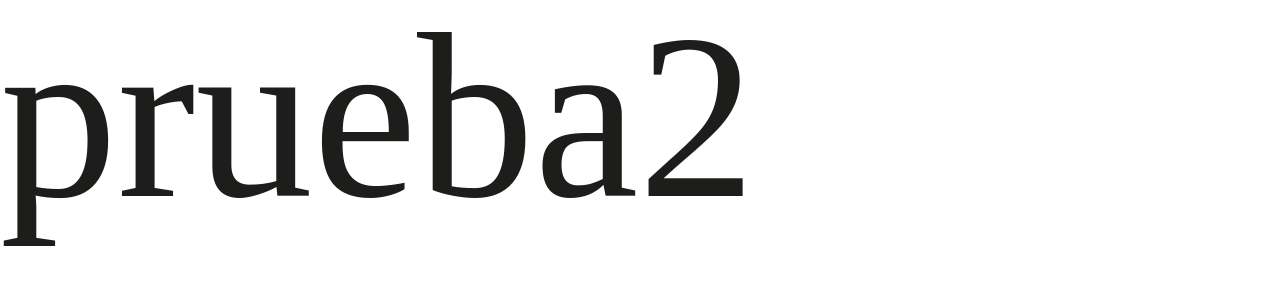
Repository: danielavelosar/InteractiveSVGwithNext
Page: /
The author's editor kept a copy of each file at every save. The page is drawn from the files as they stood at one save, then again after the next save.
The browser window is 1280 px wide. The pictures show the whole page.
The project was rebuilt for these pictures with package versions that can differ from the ones it lists, and the page was loaded fresh each time. The framework's server and built-in components were replaced by stand-ins that run in the browser. Also part of the build but not shown: next.config.js.

Above is the page before, as saved 2022-12-02 17:16:13.

### pages/index.tsx
import  React from 'react' ;
import {Helmet }from 'react-helmet';
import { ReactDOM } from 'react';

export default function Home(){
  let title = "hidden";


  return (
    <div>
      <object data="/recurso.svg" type="image/svg+xml" id='texto'/>
      <Helmet>
        <script>
          {`let lorem = document.getElementById('texto');
            lorem.addEventListener( 'load', () => {
            svg2 = lorem.contentDocument;
            let pruebaTexto = svg2.querySelector('#textoId');
            pruebaTexto.innerHTML = 'prueba2';

          });

      `}

        </script>
      </Helmet>


      {/* <object data="/peruMap.svg" type="image/svg+xml" id='mapId'></object>
      <Helmet>
        <script>
          {`let mapX = document.getElementById('mapId');
            mapX.addEventListener( 'load', () => {
            svgX = mapX.contentDocument;
            let lima = svgX.querySelector('#LimaMap');
            lima.style.visibility = 'hidden';

          });


`}

        </script>
      </Helmet> */}



      {/* <svg height={100} width={100} id="mySvg">
        <circle
          id='myCircle'
          cx="50"
          cy="50"
          r="40"
          stroke="black"
          strokeWidth="3"
          fill="red"
        />
        <script>
        {`let circle = document.getElementById('myCircle');
        circle.addEventListener('mouseenter', () =>{onClick('blue')});
        circle.addEventListener('mouseout', () =>{onClick('red')});
        function onClick(color) {
          circle.setAttribute('fill', color);
        }`}
        </script>
      </svg> */}

    </div>
  );

}

Loaded but not shown: pages/_app.tsx (common file); styles/globals.css (common file)

After the next save:
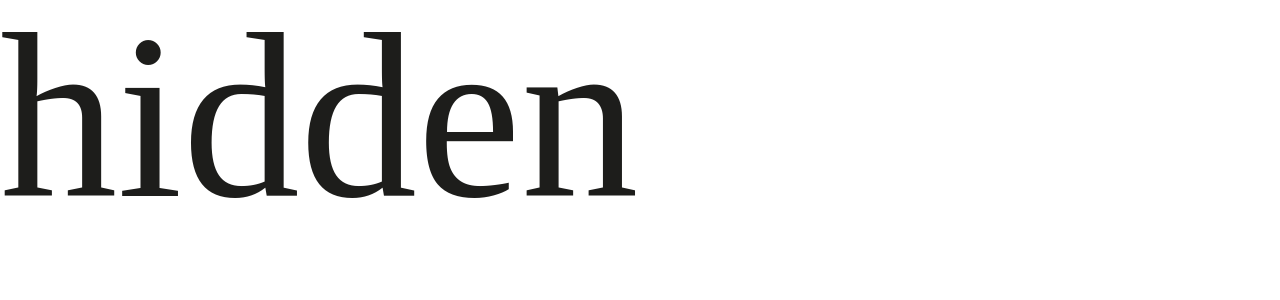
Saved 2 min 13 s later.
--- a/pages/index.tsx
+++ b/pages/index.tsx
@@ -15,7 +15,7 @@ export default function Home(){
             lorem.addEventListener( 'load', () => {
             svg2 = lorem.contentDocument;
             let pruebaTexto = svg2.querySelector('#textoId');
-            pruebaTexto.innerHTML = 'prueba2';
+            pruebaTexto.innerHTML = '${title}';
 
           });
 
